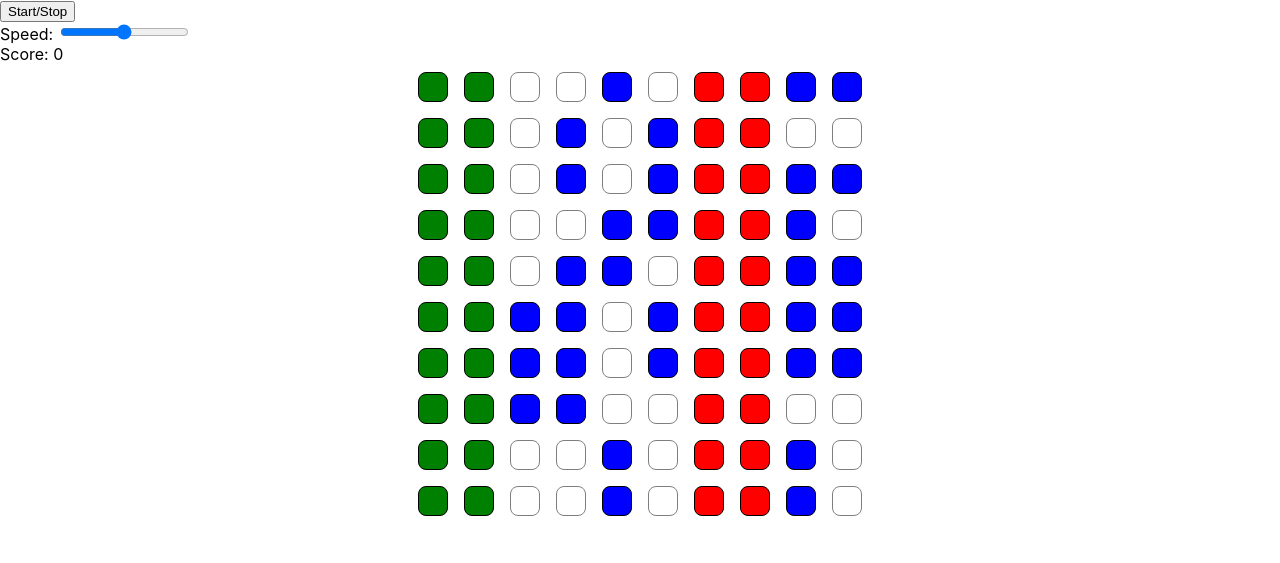
Repository: drumsmanku/grid-game
Page: / (app in client/)
The author's editor kept a copy of each file at every save. The page is drawn from the files as they stood at one save, then again after the next save.
The browser window is 1280 px wide. The pictures show the whole page.
The project was rebuilt for these pictures with package versions that can differ from the ones it lists, and the page was loaded fresh each time. Also part of the build but not shown: client/src/App.css.

Above is the page before, as saved 2024-03-23 18:25:19.

After the next save:
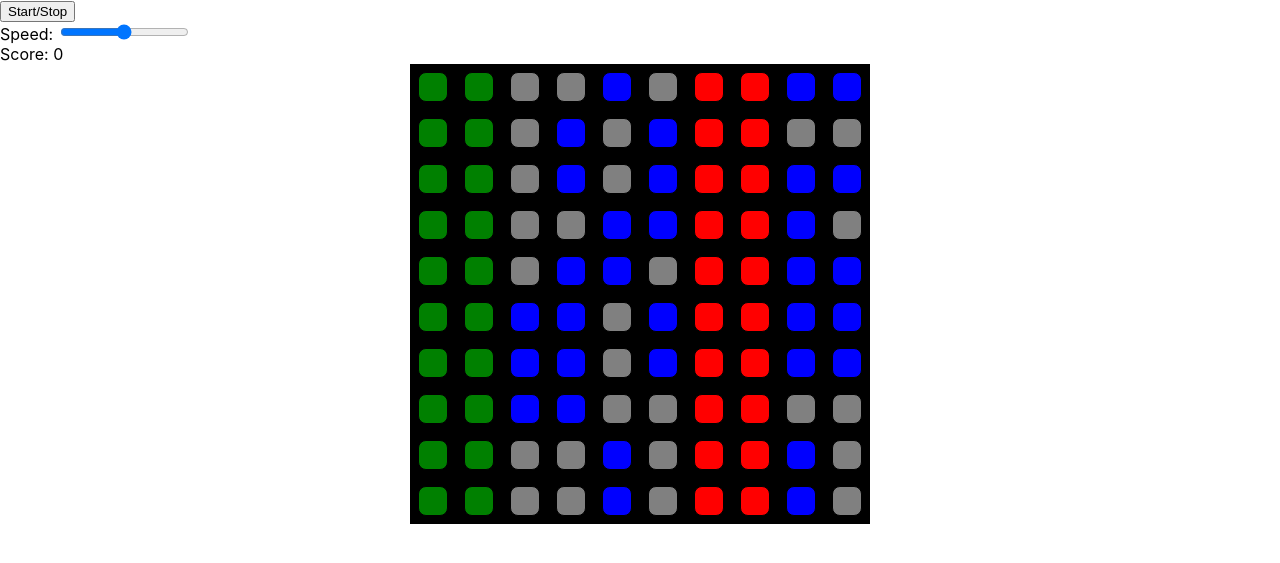
Saved 63 s later.
--- a/client/src/components/Grid.js
+++ b/client/src/components/Grid.js
@@ -92,7 +92,7 @@
       <div>Score: {score}</div>
       <div style={{ display: 'flex', flexDirection: 'column', alignItems: 'center' }}>
         {combinedGrid.map((row, rowIndex) => (
-          <div key={rowIndex} style={{ display: 'flex' }}>
+          <div key={rowIndex} style={{ display: 'flex', backgroundColor:'black' }}>
             {row.map((col, colIndex) => (
               <div key={`${rowIndex}-${colIndex}`}
                  className={`cell ${col}`}
